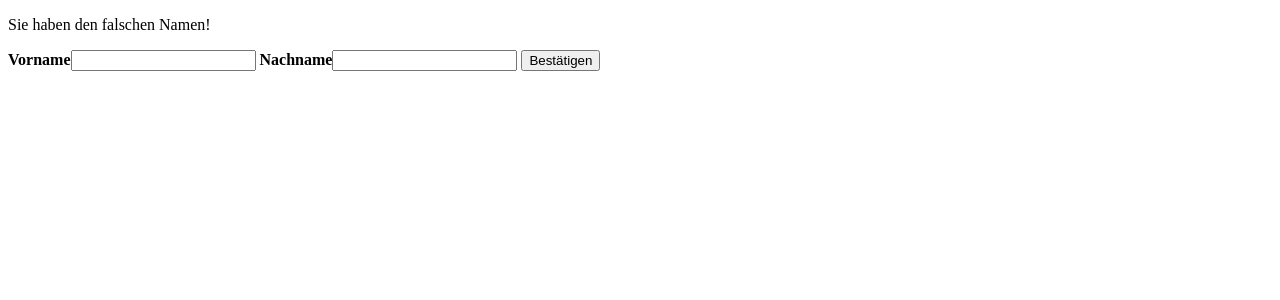
Repository: martinschatz/LoginPage
Page: INFI-Holz/Beispiel1/WebContent/falschEingabe.html
An editor plug-in stored every save of this project. The page is shown before and after the next save, followed by the edit.
The browser window is 1280 px wide. The pictures show the whole page.

Above is the page before, as saved 2018-09-26 11:54:37.

After the next save:
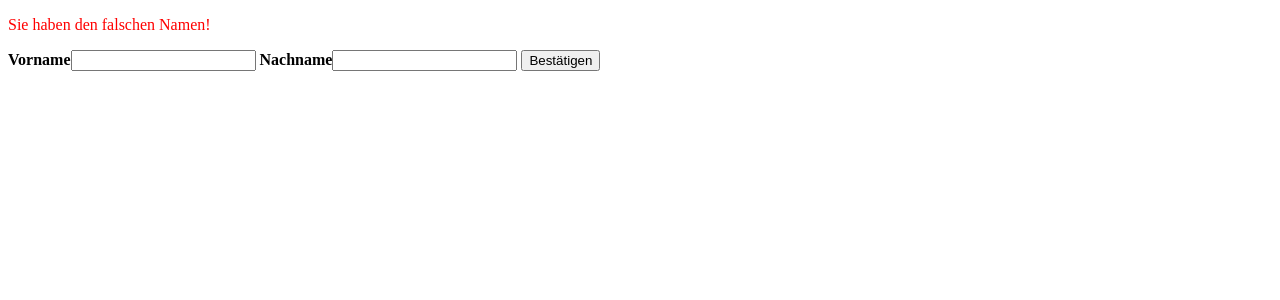
Saved 21 s later.
--- a/INFI-Holz/Beispiel1/WebContent/falschEingabe.html
+++ b/INFI-Holz/Beispiel1/WebContent/falschEingabe.html
@@ -6,7 +6,7 @@
 </head>
 <body>
 <form action ='action' method ='post'>
-			<p><font color ="#FF0000"></font>Sie haben den falschen Namen!</font></p>
+			<p><font color ="#FF0000">Sie haben den falschen Namen!</font></p>
 			<b>Vorname</b><input type='text' name='vname'></input>
 			<b>Nachname</b><input  type='text' name='nname'></input>
 			<input type='submit' value='Bestätigen'></input>
